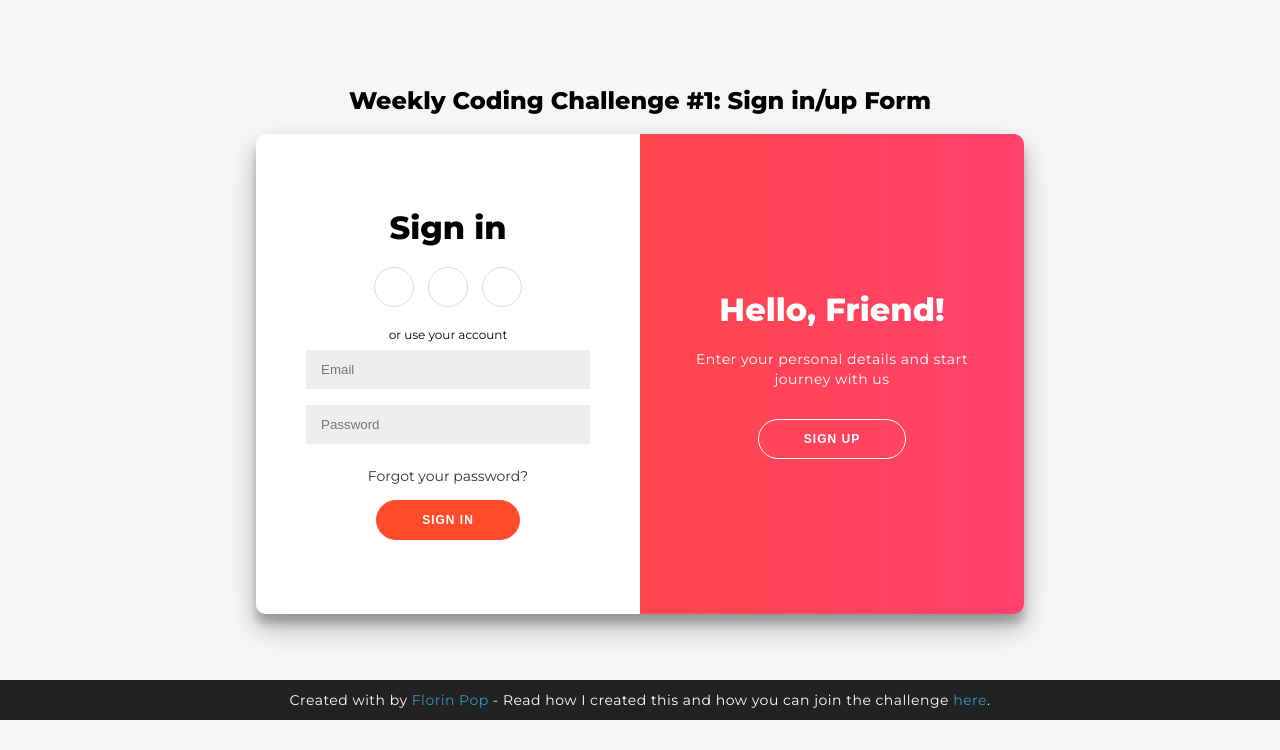
Repository: tranvanthinh/Login_register
Page: index.html
The author's editor kept a copy of each file at every save. The page is drawn from the files as they stood at one save, then again after the next save.
The browser window is 1280 px wide. The pictures show the whole page.

Above is the page before, as saved 2021-12-29 23:38:09.

After the next save:
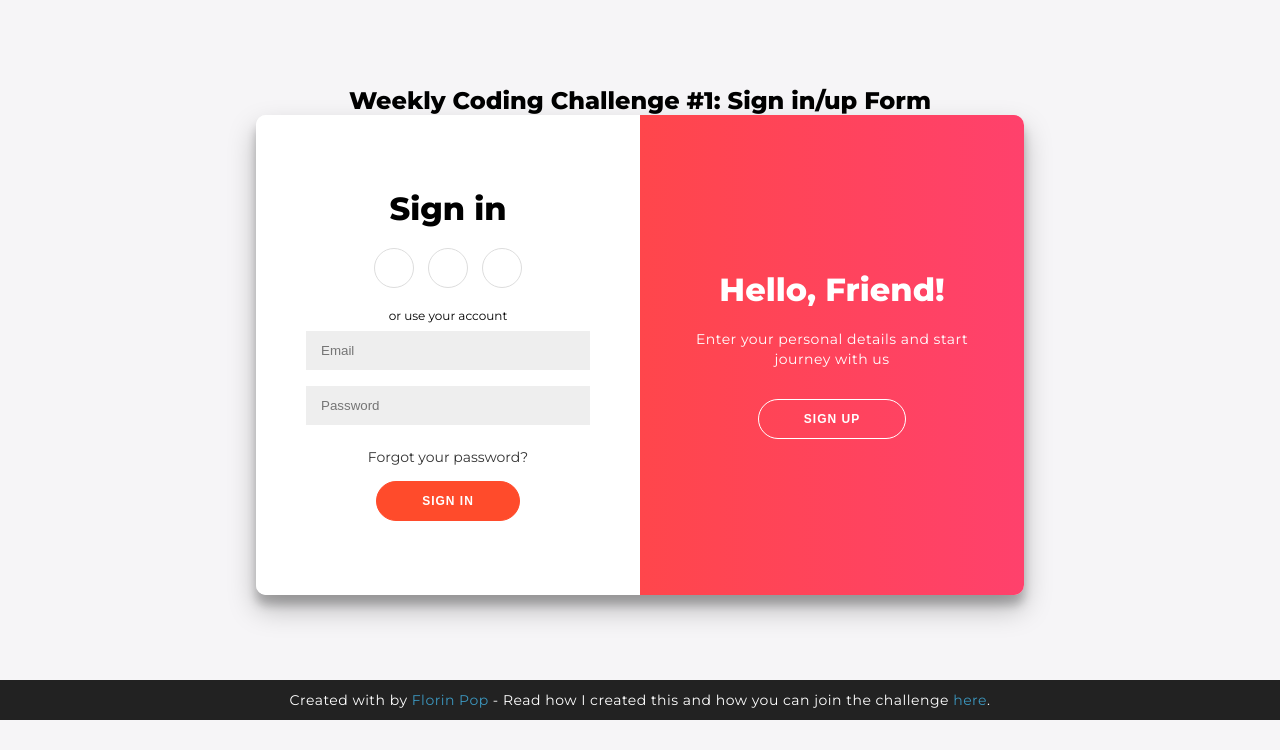
Saved 11 h 35 min later.
--- a/style.css
+++ b/style.css
@@ -1,6 +1,8 @@
 @import url('https://fonts.googleapis.com/css?family=Montserrat:400,800');
 
 * {
+  margin: 0;
+  padding: 0;
   box-sizing: border-box;
 }
 
@@ -57,7 +59,7 @@ button {
 }
 
 button:active {
-  transform: scale(0.95);
+  transform: scale(0.9);
 }
 
 button:focus {
@@ -91,7 +93,7 @@ input {
 .container {
   background-color: #fff;
   border-radius: 10px;
-    box-shadow: 0 14px 28px rgba(0,0,0,0.25),
+  box-shadow: 0 14px 28px rgba(0,0,0,0.25),
       0 10px 10px rgba(0,0,0,0.22);
   position: relative;
   overflow: hidden;
